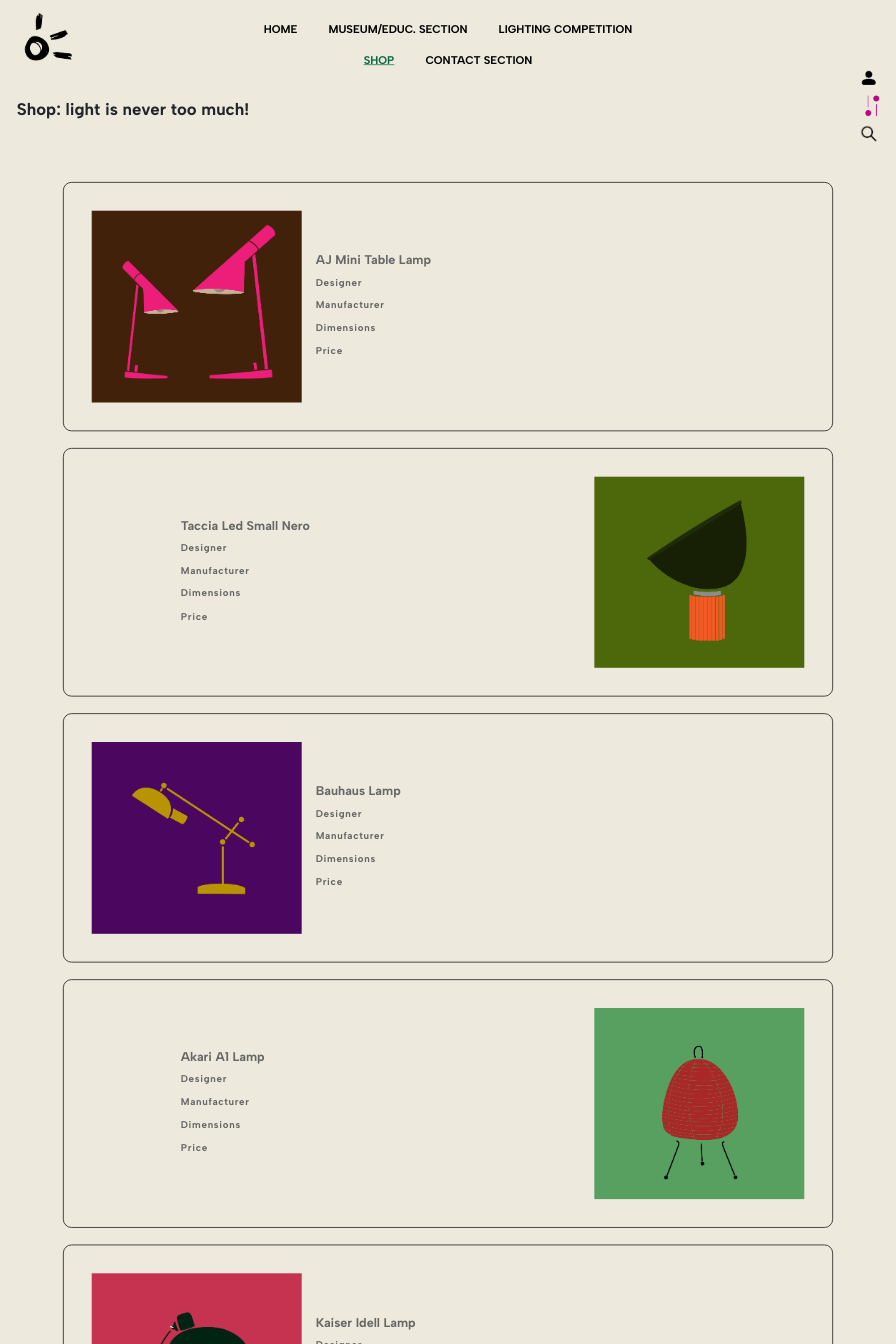
Repository: veronicamdiaz/Landing-Page-Practices
Page: shop-section.html
The author's editor kept a copy of each file at every save. The page is drawn from the files as they stood at one save, then again after a run of saves.
The browser window is 1280 px wide. The pictures show the part of the page from y = 0 to 1920 px (the page is 2683 px tall before and 2712 px after), at 70% of full size.

Above is the page before, as saved 2025-05-14 23:35:28.
Console error: TypeError: Cannot read properties of null (reading 'addEventListener')

### shop-section.html
<!DOCTYPE html>
<html lang="pt-BR">
<head>
    <meta charset="UTF-8">
    <meta http-equiv="X-UA-Compatible" content="IE=edge">
    <meta name="viewport" content="width=device-width, initial-scale=1.0">
    <title>Shop</title>
    <link rel="stylesheet" href="https://cdn.jsdelivr.net/npm/bootstrap@5.3.3/dist/css/bootstrap.min.css">
    <link rel="preconnect" href="https://fonts.googleapis.com">
    <link rel="preconnect" href="https://fonts.gstatic.com" crossorigin>
    <link href="https://fonts.googleapis.com/css2?family=Pacifico&family=Roboto:wght@400;700&display=swap" rel="stylesheet">
    <link rel="stylesheet" href="https://cdn.jsdelivr.net/npm/bootstrap-icons@1.11.3/font/bootstrap-icons.min.css">
    <link href="https://fonts.googleapis.com/css2?family=Albert+Sans:ital,wght@0,100..900;1,100..900&family=Pacifico&family=Roboto+Slab:wght@100..900&family=Roboto:ital,wght@0,100;0,300;0,400;0,500;0,700;0,900;1,100;1,300;1,400;1,500;1,700;1,900&display=swap" rel="stylesheet">
    <link rel="stylesheet" href="main.css">
    <link rel="stylesheet" href="styles.css">
    <script type="module" src="script.js"></script>
    <script type="module" src="script2.js"></script>
</head>

<body>
<header id="home-page">
    <div class="site-logo">
        <a href="index.html">
            <img src="images/logo-site.png" alt="Lightning Design Lab Logo" class="logo-img">
        </a>
    </div>

    <div class="menu" data-bs-target="#cabecalho" da
    ta-bs-smooth-scroll="true">
        <nav id="cabecalho" class="mb-2 px-4">
            <a href="index.html" class="nav-link" data-bs-toggle="tab" data-bs-target="#home-page">HOME</a>
            <a href="museum-educational-section.html" class="nav-link" data-bs-toggle="tab" data-bs-target="#museum-educational-section">MUSEUM/EDUC. SECTION</a>
            <a href="#competition-section" class="nav-link" data-bs-toggle="tab" data-bs-target="#competition-section">LIGHTING COMPETITION</a>
            <a href="shop-section.html" class="nav-link-active" data-bs-toggle="tab" data-bs-target="#shop-section">SHOP</a>
            <a href="#contact-section" class="nav-link" data-bs-toggle="tab" data-bs-target="#contact-section">CONTACT SECTION</a>
        </nav>
    </div>
</header>

<section id="shop-section" class="mt-4 mb-5">
    <div class="d-flex justify-content-between align-items-center mb-6 mt-2 p-4">
        <h2 class="section-title md-0">Shop: light is never too much!</h2>
        <div class="icon-container d-flex flex-column align-items-end">
            <img src="images/profile_icon.png" alt="Profile Icon" class="icon" id="profileIcon" />
            <img src="images/filter_icon.png" alt="Filter Icon" class="icon" />
            <img src="images/search_icon.png" alt="Search Icon" class="icon" />
        </div>
    </div>

<!-- Popup Modal -->
<div id="popupModal" class="modal">
    <div class="modal-items">
        <span class="close-button" id="closeButton">&times;</span>
        <h2>Hey, nice to see you here!</h2>
        <p>First, fill your email to create an account.</p>

        <!-- Container para o primeiro input e botão -->
        <div class="input-container">
            <input type="email" placeholder="e-mail" class="input" />
        </div>
        <div class="button-container">
            <button class="submit-button" id="submitLoginButton">
                <img src="images/submit_button.png" alt="submit-btn" />
            </button>
        </div>

        <p>If you already have one, please, login!</p>

        <!-- Container para o segundo input e botão -->
        <div class="input-container">
            <input type="email" placeholder="e-mail" class="input" />
        </div>
        <div class="input-container">
            <input type="password" placeholder="password" class="input" />
        </div>
        <div class="button-container">
            <button class="submit-button" id="submitLoginButton">
                <img src="images/submit_button.png" alt="submit-btn" />
            </button>
        </div>
        <div class="cookie-policy">
            <p><u>Please, check our Cookie & Privacy Policy.</u></p>
        </div>
    </div>
</div>

    <div class="container">
        <div class="d-flex flex-column gap-4">

            <!-- Card 0.1 -->
            <div class="card custom-card left">
                <img src="images/lights drawings-12-12.png" alt="bauhaus-lamp">
                <div class="card-content">
                    <h3>AJ Mini Table Lamp</h3>
                    <p class="card-label">Designer</p>
                    <p class="card-label">Manufacturer</p>

                    <p class="card-label">Dimensions</p>
                    <p class="card-label">Price</p>
                </div>
            </div>

            <!-- Card 0.2 -->
            <div class="card custom-card right">
                <img src="images/lights drawings-11-11.png" alt="akari-lamp">
                <div class="card-content">
                    <h3>Taccia Led Small Nero</h3>
                    <p class="card-label">Designer</p>
                    <p class="card-label">Manufacturer</p>

                    <p class="card-label">Dimensions</p>
                    <p class="card-label">Price</p>
                </div>
            </div>



            <!-- Card 1 -->
            <div class="card custom-card left">
                <img src="/images/lights drawings-03.jpg" alt="bauhaus-lamp">
                <div class="card-content">
                    <h3>Bauhaus Lamp</h3>
                    <p class="card-label">Designer</p>
                    <p class="card-label">Manufacturer</p>

                    <p class="card-label">Dimensions</p>
                    <p class="card-label">Price</p>
                </div>
            </div>

            <!-- Card 2 -->
            <div class="card custom-card right">
                <img src="/images/lights drawings-02.jpg" alt="akari-lamp">
                <div class="card-content">
                    <h3>Akari A1 Lamp</h3>
                    <p class="card-label">Designer</p>
                    <p class="card-label">Manufacturer</p>

                    <p class="card-label">Dimensions</p>
                    <p class="card-label">Price</p>
                </div>
            </div>


            <!-- Card 3 -->
            <div class="card custom-card left">
                <img src="/images/lights drawings-04.jpg" alt="kaiser-idell-lamp">
                <div class="card-content">
                    <h3>Kaiser Idell Lamp</h3>
                    <p class="card-label">Designer</p>
                    <p class="card-label">Manufacturer</p>

                    <p class="card-label">Dimensions</p>
                    <p class="card-label">Price</p>
                </div>
            </div>

            <!-- Card 4 -->
            <div class="card custom-card right">
                <img src="/images/lights drawings2-03.jpg" alt="nesso-artemide-lamp">
                <div class="card-content">
                    <h3>Kaiser Idell Lamp</h3>
                    <p class="card-label">Designer</p>
                    <p class="card-label">Manufacturer</p>

                    <p class="card-label">Dimensions</p>
                    <p class="card-label">Price</p>
                </div>
            </div>
        </div>
    </div>
</section>

<footer class="bg-black py-2">
    <div class="container d-flex justify-content-between align-items-center flex-column flex-md-row">
        <div class="d-flex gap-2 align-items-center mb-2">
            <input type="email" class="btn btn-secondary" placeholder="e-mail" required
                style="border: 2px solid rgb(192, 192, 192); border-radius: 20px; background-color: black; padding: 5px 15px; min-width: 120px; text-align: left; color: rgb(155, 155, 155);">
            <button type="submit" class="btn btn-secondary"
                style="border: 2px solid rgb(192, 192, 192); border-radius: 20px; background-color: black; padding: 5px 15px; min-width: 120px; text-align: left; color: rgb(155, 155, 155);">
                send
            </button>
        </div>
        <div class="d-flex gap-5 align-items-center">
            <a href="https://www.instagram.com" target="_blank" class="text-white">
                <i class="bi bi-instagram" style="font-size: 1.5rem;"></i>
            </a>
            <a href="https://www.facebook.com" target="_blank" class="text-white">
                <i class="bi bi-facebook" style="font-size: 1.5rem;"></i>
            </a>
            <a href="https://wa.me/" target="_blank" class="text-white">
                <i class="bi bi-whatsapp" style="font-size: 1.5rem;"></i>
            </a>
        </div>
    </div>
</footer>

<script>
    document.addEventListener("DOMContentLoaded", function () {
        const navLinks = document.querySelectorAll(".nav-link");

        // Marca o link Shop como ativo
        navLinks.forEach(link => {
            if (link.getAttribute('href') === "#shop-section") {
                link.classList.add("nav-link-active");
            }
        });
    });
</script>
</body>
</html>

### main.css
html, body {
    height: 100%;
    margin: 0;
    display: flex;
    flex-direction: column;
}

body {
    background-color: #EDEADD;
    font-family: sans-serif;
    flex: 1;
}

main {
    z-index: 5;
    flex: 1; /* ocupa todo o espaço entre o header e o footer */
    display: flex;
    flex-direction: column;
    background-color: transparent;
}

header {
    height: auto;
    position: relative;
    display: flex;
    flex-direction: column;
    align-items: center;
    padding-bottom: 40px; /* ou ajuste conforme necessário */

}

.site-logo {
    z-index: 100; /* Aumente se necessário */
    position: fixed;
    top: 10px;
    left: 20px;
}

.interaction-section {
    z-index: 5;
}

.logo-img {
    height: auto;
    display: block;
}

.container {
    padding: 20px;
}

/* #webgl-container {
    display: flex;
    justify-content: center;
    align-items: center;
    width: 100%;
    height: 100%;
    overflow: hidden;
    background-color: #f5f5f5;
} */

#home-page {
    width: 100%;
    justify-content: center;
    align-items: center;
}



/* .square {
    width: 200px;
    height: 200px;
    background-color: rgb(255, 255, 255);
    position: relative;
} */

.square::before,
.square::after {
    content: "";
    position: absolute;
    width: 100%;
    height: 1px;
}

/* .square::before {
    top: 50%;
    transform: translateY(-50%);
    transform-origin: left;
    transform: rotate(45deg);
}

.square::after {
    left: 50%;
    transform: translateX(-50%);
    transform-origin: top;
    transform: rotate(-45deg);
}
*/
nav {
    font-family: 'Albert Sans';
    font-weight: bold;
    left: 50%;
    top: 10px; /* Mantém um pequeno espaçamento do topo */
    transform: translateX(-50%);
    gap: 20px;
    display: inline-block;
    font-size: 16px;
    align-items: center;
    justify-content: center;
    z-index: 10;
    padding: 10px 20px;
    height: auto;
}


nav a {
    text-decoration: none;
    font-weight: bold;
    background-color: none;
    height: auto !important;
}

.nav-link {
    color: black; /* Cor padrão */
    transition: color 0.3s ease;
}

.nav-link-active {
    color: #0b6945 !important; /* Cor do botão ativo */
    font-weight: bold;
    text-decoration: underline;
}


#cabecalho {
    position: fixed;
    text-align: center; /* Centraliza os links */
    height: auto;
    gap: 20px;
    z-index: 10px;
}

#cabecalho a {
    display: inline-block;
    padding: 10px 20px; /* Para não ficarem colados */
    height: auto;
}

.card {
    display: flex;
    align-items: center;
    padding: 40px;
    width: 100%;
    height: 100%;
    max-width: 1200px;
    margin: 0 auto;
    border-radius: 12px;
    border: 1px solid black;
}

.row {
    flex-wrap: wrap; /* Para quebrar corretamente em telas pequenas */
    justify-content: space-between; /* Garante espaçamento uniforme */
}

.card img {
    background-color: none;
    width: 100%;
    height: 100%;
    object-fit: cover;
}

.card h3 {
    font-size: 14px;
    font-family: 'Albert Sans';
    color: #666;
    font-weight: bold;
}
.card p {
    margin-top: 10px;
    font-size: 12px;
    color: #666;
    font-family: 'Albert Sans';
}

.card.reverse {
    flex-direction: column-reverse;
}

.section-title {
    font-family: 'Albert Sans';
    font-weight: bold;
    font-size: 1.5em;
}

#nova-secao {
    font-family: 'Albert Sans';
}

.text-white {
    font-family: 'Albert Sans';
    font-size: .3em;
    font-weight: bold;
    color: white;
}


.btn-seemore {
    text-transform: uppercase;
    text-decoration: underline;
    background: none;
    border: none;
    color: white;
    font-size: 1rem;
    cursor: pointer;
}

.card-label {
    font-family: 'Albert Sans', sans-serif;
    font-size: 0.9rem;
    color: #999;
    letter-spacing: 1px;
    margin-bottom: 2px; /* Diminuir aqui! */
}


.custom-card img {
    width: 40%;
    max-width: 300px;
    object-fit: cover;
}

.custom-card .card-content {
    width: 60%;
    padding: 20px;
}

.custom-card h3 {
    font-weight: bold;
    margin-bottom: 8px;
    font-size: 18px;
}

.custom-card.left {
    flex-direction: row;
    border: 1px solid black;
    background-color: transparent;
}

.custom-card.right {
    flex-direction: row-reverse;
    border: 1px solid black;
    background-color: transparent;
}

.custom-card p {
    font-size: 14px;
    line-height: 1.6;
}

.card-label {
    font-size: 14px;
    line-height: 1.6;
    font-family: 'Albert Sans';
}


footer {
    padding: 2px 0; /* Reduzindo a altura do footer */
    font-size: 0.8rem; /* Diminuindo tamanho do texto */
    font-family: 'Albert Sans', sans-serif;
}

.icon {
    max-width: 30px; /* Ajuste o tamanho máximo conforme necessário */
    max-height: 30px; /* Ajuste o tamanho máximo conforme necessário */
    width: auto; /* Mantém a proporção */
    height: auto; /* Mantém a proporção */
    object-fit: contain; /* Garante que a imagem se ajuste ao espaço sem distorção */
    margin-bottom: 10px;
}


#competition-section .container {
    width: 100vw;
    overflow: hidden;
}

#img-interativa {
    width: 100%;
    object-fit: cover;
    display: block;
}



@media (max-width: 768px) {
    .site-logo {
        top: 5px;
        left: 10px;
        position: fixed;
    }

    .logo-img {
        width: 40px;
    }

    nav {
        position: fixed;
        font-family: 'Albert Sans';
        font-weight: bold;
        gap: 20px;
        font-size: 10px;
        justify-content: center;
        text-align: right;
        display: flex;
        z-index: 1;
        padding: 4px 12px;
    }

    .home-image {
        width: 100%;
        height: auto;
        content: (url(images/fundositemenor_prancheta.png));
        }

    #home-page {
        justify-content: center;
        align-items: center;
    }

    .img-responsiva {
        height: auto;
    }

    .nav-links {
        flex-direction: column;
        gap: 15px;
        text-align: center;
    }

    .navbar-toggler {
        display: block; /* Mostra o botão hambúrguer */
        background: none;
        border: none;
        cursor: pointer;
    }

    .navbar-toggler i {
        color: black;
    }


    .card {
        text-align: center;
        flex-direction: column;
    }

    .card img {
        width: 70%;
    }

    .card .card-content {
        width: 70%;
    }

    .custom-card {
        flex-direction: column !important;
        text-align: center;
    }

    .custom-card img {
        width: 70%;
    }

    .custom-card .card-content {
        width: 70%;
    }


    footer .container {
        flex-direction: column;
        text-align: center;
    }

    footer form {
        flex-direction: column;
        width: 70%;
        align-items: center;
    }

    footer form input,
    footer form button {
        width: 90%; /* Mantém a aparência proporcional */
    }

    footer .d-flex.gap-5 {
        gap: 20px; /* Ajusta o espaçamento dos ícones */
        justify-content: center;
        margin-top: 10px;
    }
}

### styles.css
.modal {
    margin: auto;
    position: fixed;
    width: 600px;
    height: auto;
    padding: 20px;
    display: none;
    text-align: center;
    flex-direction: column;
    border: 1px solid #000;
    background: #DAB400;
    z-index: 1000;
    top: 50%; /* Alinha o modal ao centro verticalmente */
    left: 50%; /* Alinha o modal ao centro horizontalmente */
    transform: translate(-50%, -50%); /* Ajusta a posição para realmente centralizar */

}

.input-container {
    border: none;
    margin-bottom: 10px; /* Espaçamento entre os inputs */
    width: 100%; /* Faz com que o input ocupe toda a largura disponível */
        justify-content: flex-end; /* Alinha o botão à direita */
}
.button-container {
    outline: none;
    justify-self: right;
}

.submit-button {
margin-bottom: 20px; /* Espaçamento entre os botões e o próximo input */
width: 280px;
display: flex; /* Permite que o botão seja centralizado */
outline: none;
border: none;
justify-content: flex-end; /* Alinha o botão à direita */
padding: 10px 0;
background-color: transparent;
cursor: pointer;
}

.input-email, .input-password {
    border: none;
    width: 100%; /* Faz com que os inputs ocupem toda a largura disponível */
    padding: 10px; /* Adiciona um pouco de padding para os inputs */
}

.modal-items {
display: flex;
align-items: center;
flex-direction: column;
gap: 10px;
padding: 20px;
}

.input {
width: 60%;
padding: 10px 15px;
border-radius: 18px;
border: none;
font-family: 'Albert Sans', sans-serif;
}


    #profileIcon {
        cursor: pointer;
    }

h2 {
    font-size: 24px;
    font-weight: bold; /* Negrito */
    margin: 0;
    font-family: 'Albert Sans';
    font-weight: bold;
}

p {
    font-size: 14px;
    margin: 10px 0;
    font-family: 'Albert Sans';
    font-weight: bold;
}

.input-email,
.input-password {
    width: 280px; /* Largura dos campos de entrada */
    padding: 10px;
    padding-left: 20px;
    padding-right: 200px;
    margin: 10px 0;
    border-radius: 20px;
    border: 1px solid #308F44;
    background: #FFF;
    font-family: 'Albert Sans';
    text-align: center;
    flex-direction: column;
    cursor: pointer;
}

.close-button {
    position: absolute;
    right: 20px;
    top: 5px;
    font-size: 24px;
    cursor: pointer;
}

.submit-button img {
    width: 100px; /* Ajuste o tamanho da imagem conforme necessário */
    height: auto; /* Mantém a proporção da imagem */
}



@media (max-width: 1024px) {
    .modal {
        width: 80%; /* Modal ocupa 80% da largura da tela */
        height: auto; /* A altura do modal se ajusta automaticamente */
    }

    .input-email,
    .input-password {
        width: 240px; /* Menor largura para inputs */
    }

    h2 {
        font-size: 20px; /* Reduz o tamanho da fonte */
    }

    p {
        font-size: 12px; /* Ajusta o tamanho da fonte do parágrafo */
    }
}

/* Media Query para Celulares */
@media (max-width: 768px) {
    .modal {
        width: 90%; /* Modal ocupa 90% da largura da tela */
        height: auto; /* A altura do modal se ajusta automaticamente */
    }

    .input-email,
    .input-password {
        width: 100%; /* Inputs ocupam 100% da largura da tela */
        padding-left: 15px;
        padding-right: 15px;
    }

    h2 {
        font-size: 18px; /* Tamanho da fonte do título para celular */
    }

    p {
        font-size: 14px; /* Ajusta o tamanho da fonte do parágrafo */
    }

    .close-button {
        font-size: 20px; /* Ajusta o tamanho do ícone de fechar */
    }
}

### script2.js
// Get the modal
const modal = document.getElementById("popupModal");

// Get the icon that opens the modal
const icon = document.getElementById("profileIcon");

// Get the <span> element that closes the modal
const closeButton = document.getElementById("closeButton");

// When the user clicks on the icon, open the modal
icon.onclick = function() {
    modal.style.display = "block";
}

// When the user clicks on <span> (x), close the modal
closeButton.onclick = function() {
    modal.style.display = "none";
}

// When the user clicks anywhere outside of the modal, close it
window.onclick = function(event) {
    if (event.target == modal) {
        modal.style.display = "none";
    }
}

Loaded but not shown: script.js (148 lines, source omitted)

After the next 2 saves:
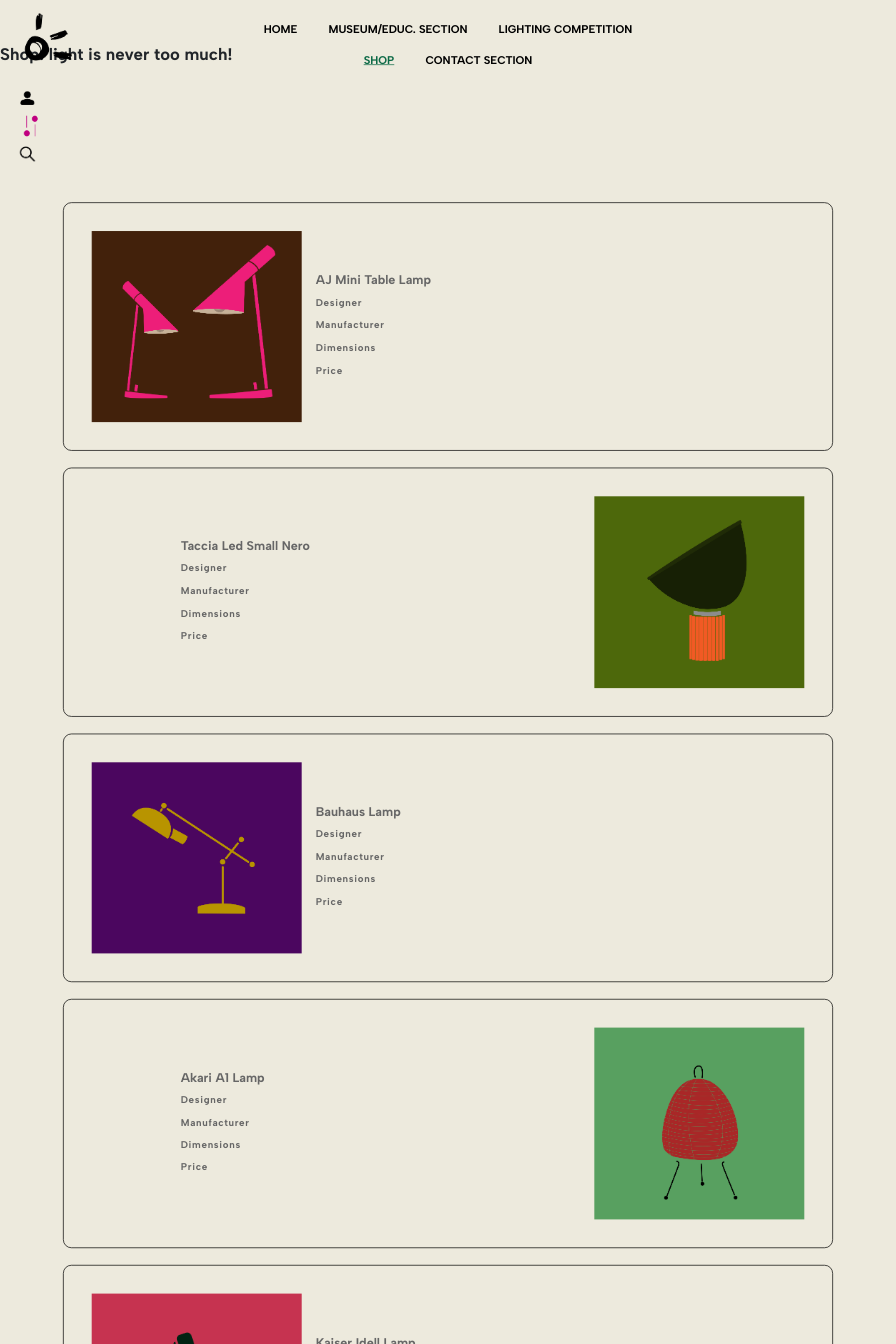
The 2 saves are shown as one change because they came seconds apart.
The last was saved 41 s later.
--- a/shop-section.html
+++ b/shop-section.html
@@ -38,8 +38,9 @@
 </header>
 
 <section id="shop-section" class="mt-4 mb-5">
+    <h2 class="section-title md-0">Shop: light is never too much!</h2>
+
     <div class="d-flex justify-content-between align-items-center mb-6 mt-2 p-4">
-        <h2 class="section-title md-0">Shop: light is never too much!</h2>
         <div class="icon-container d-flex flex-column align-items-end">
             <img src="images/profile_icon.png" alt="Profile Icon" class="icon" id="profileIcon" />
             <img src="images/filter_icon.png" alt="Filter Icon" class="icon" />
